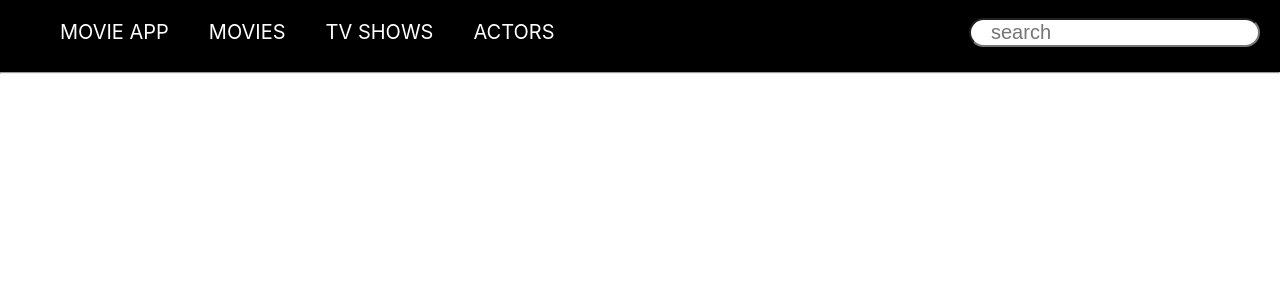
Repository: manahiang/MovieMana
Page: / (app in src/)
An editor plug-in stored every save of this project. The page is shown before and after the next save, followed by the edit.
The browser window is 1280 px wide. The pictures show the whole page.
The project was rebuilt for these pictures with package versions that can differ from the ones it lists, and the page was loaded fresh each time. Also part of the build but not shown: src/src/App.css.

Above is the page before, as saved 2022-11-14 10:51:22.

### src/src/index.css
body {
  margin: 0;
  font-family: -apple-system, BlinkMacSystemFont, 'Segoe UI', 'Roboto', 'Oxygen',
    'Ubuntu', 'Cantarell', 'Fira Sans', 'Droid Sans', 'Helvetica Neue',
    sans-serif;
  -webkit-font-smoothing: antialiased;
  -moz-osx-font-smoothing: grayscale;
  color: white;
}
.header{
  width: 100%;
  height: 100%;
  background-color: black;;
}
.navbar{
  display: flex;
  justify-content: space-between;
  font-size: 20px;
  text-transform: uppercase;
}
.menu ul li{
  display: inline;
  align-items: center;
  justify-content: center;
  padding: 20px;
}
.search{
  align-items: center;
  justify-content: center;
  display: flex;
  padding-right: 20px;
}
.search input{
  font-size: 20px;
  border-radius: 15px;
  padding-left: 20px;

}
.menu ul li:hover a{
  color: yellow;
  cursor: pointer;
}

### src/src/App.js
//import logo from './logo.svg';
import './App.css';
import  MoiveMana from'./movieMana'

function App() {
  return (
  <MoiveMana/>
  );
}

export default App;

### src/src/movieMana.js
import './index.css'
function MoiveMana() {
    return (
        <div className="container">
            <div className="header">
                <div className="navbar">
                    <div className="menu">
                        <ul>
                            <li>Movie App</li>
                            <li><a hreft="#">Movies</a></li>
                            <li><a hreft="#">TV shows</a></li>
                            <li><a hreft="#">Actors</a></li>
                        </ul>
                    </div>
                    <div className="search">
                        <input type="text" placeholder="search" />
                    </div>
                </div>
                <hr />
            </div>
        </div>
    )
}
export default MoiveMana;

Loaded but not shown: src/public/index.html (common file); src/src/index.js (common file); src/src/reportWebVitals.js (common file)

After the next save:
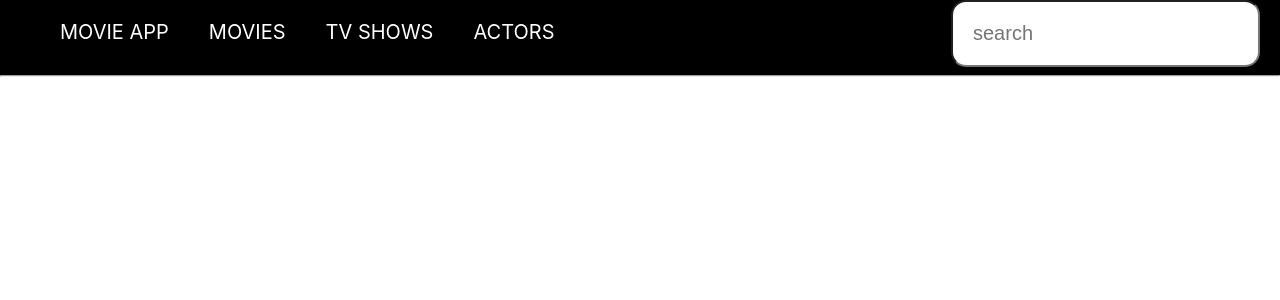
Saved 9 s later.
--- a/src/src/index.css
+++ b/src/src/index.css
@@ -33,7 +33,7 @@
 .search input{
   font-size: 20px;
   border-radius: 15px;
-  padding-left: 20px;
+  padding: 20px;
 
 }
 .menu ul li:hover a{

After the save that followed:
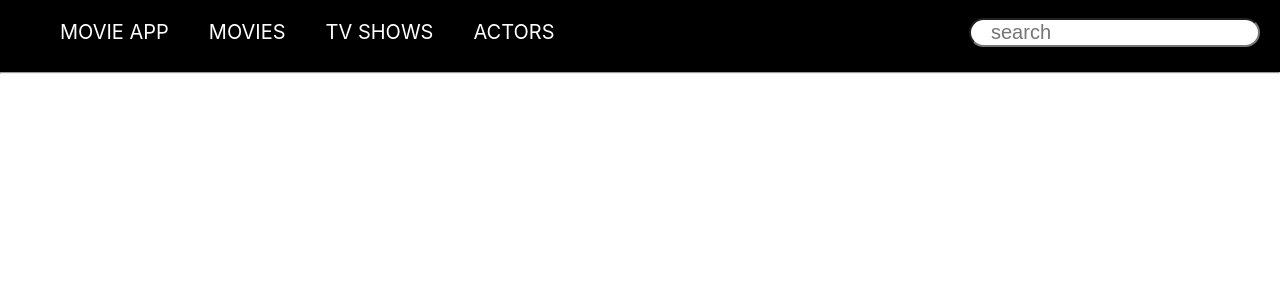
Saved 7 s later.
--- a/src/src/index.css
+++ b/src/src/index.css
@@ -33,7 +33,7 @@
 .search input{
   font-size: 20px;
   border-radius: 15px;
-  padding: 20px;
+  padding-left: 20px;
 
 }
 .menu ul li:hover a{
